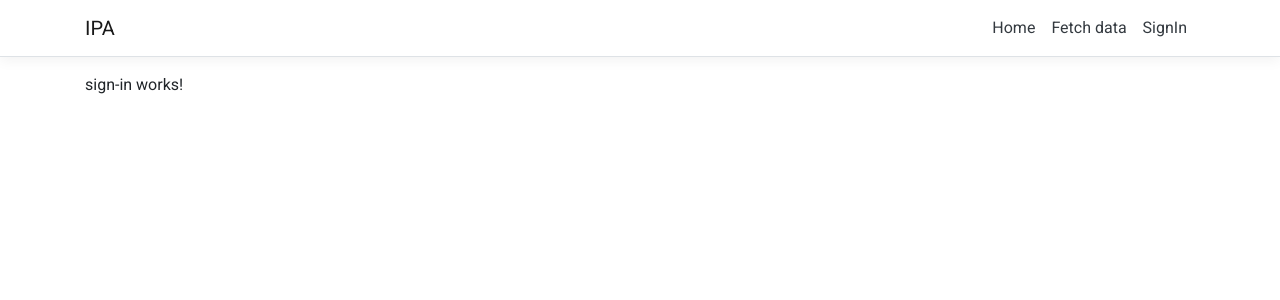
Repository: maksymiu4e/InternetPhotoAlbum
Page: /sign-in (app in InternetPhotoAlbum/ClientApp/)
These files come from the project's save history. The page is drawn as it stood at one moment and after a run of saves; the edit follows.
The browser window is 1280 px wide. The pictures show the whole page.
The project was rebuilt for these pictures with package versions that can differ from the ones it lists, and the page was loaded fresh each time. Also part of the build but not shown: InternetPhotoAlbum/ClientApp/angular.json, InternetPhotoAlbum/ClientApp/src/app/home/home.component.ts, InternetPhotoAlbum/ClientApp/src/app/counter/counter.component.ts, InternetPhotoAlbum/ClientApp/src/app/fetch-data/fetch-data.component.ts.

Above is the page before, as saved 2021-06-07 23:16:53.

After the next 5 saves:
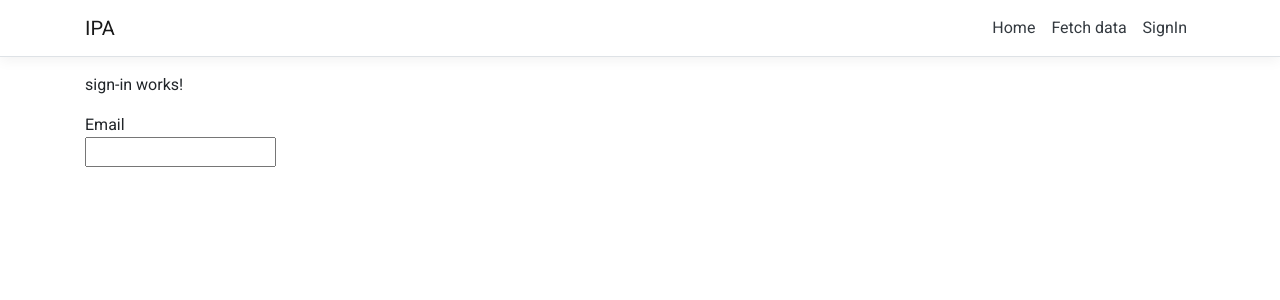
The 5 saves are shown as one change because 4 did not build or start.
The last was saved 4 min 14 s later.
--- a/InternetPhotoAlbum/ClientApp/src/app/compnents/account/sign-in/sign-in.component.html
+++ b/InternetPhotoAlbum/ClientApp/src/app/compnents/account/sign-in/sign-in.component.html
@@ -1,7 +1,7 @@
 <p>sign-in works!</p>
-<form (ngSubmit)="onSignIn(formGroup.value)">
-    <!-- <div>Email</div>
-    <input formControlName="email" type="text">
-    <div>Password</div>
+<form >
+    <div>Email</div>
+    <input ngModel name="email" type="text">
+    <!-- <div>Password</div>
     <input formControlName="password" type="text"> -->
 </form>
